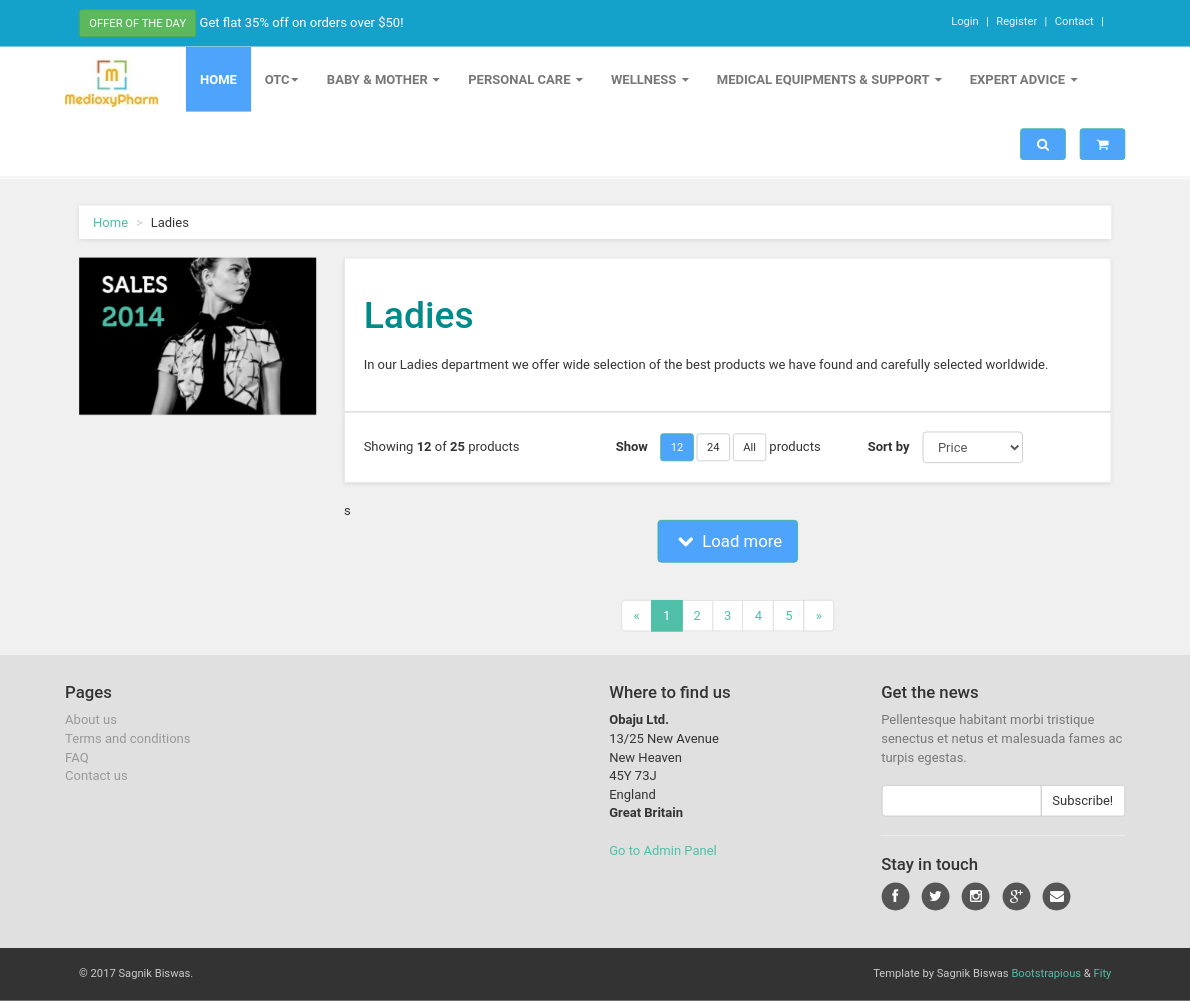
Repository: Sagnikb9/Java-Devops-Ecommerce
Page: http://localhost/MedioxyPharm/WEB-INF/views/product.jsp
An editor plug-in stored every save of this project. The page is shown before and after the next save, followed by the edit.
The browser window is 1280 px wide. The pictures show the whole page, at 93% of full size.
Some web fonts or font styles are not loaded; a fallback is used. The page is served by Tomcat 9. Nobody is signed in. The template is opened directly, without the code that normally fills it, so the values that code supplies are empty.

Above is the page before, as saved 2017-11-17 23:21:45.

After the next save:
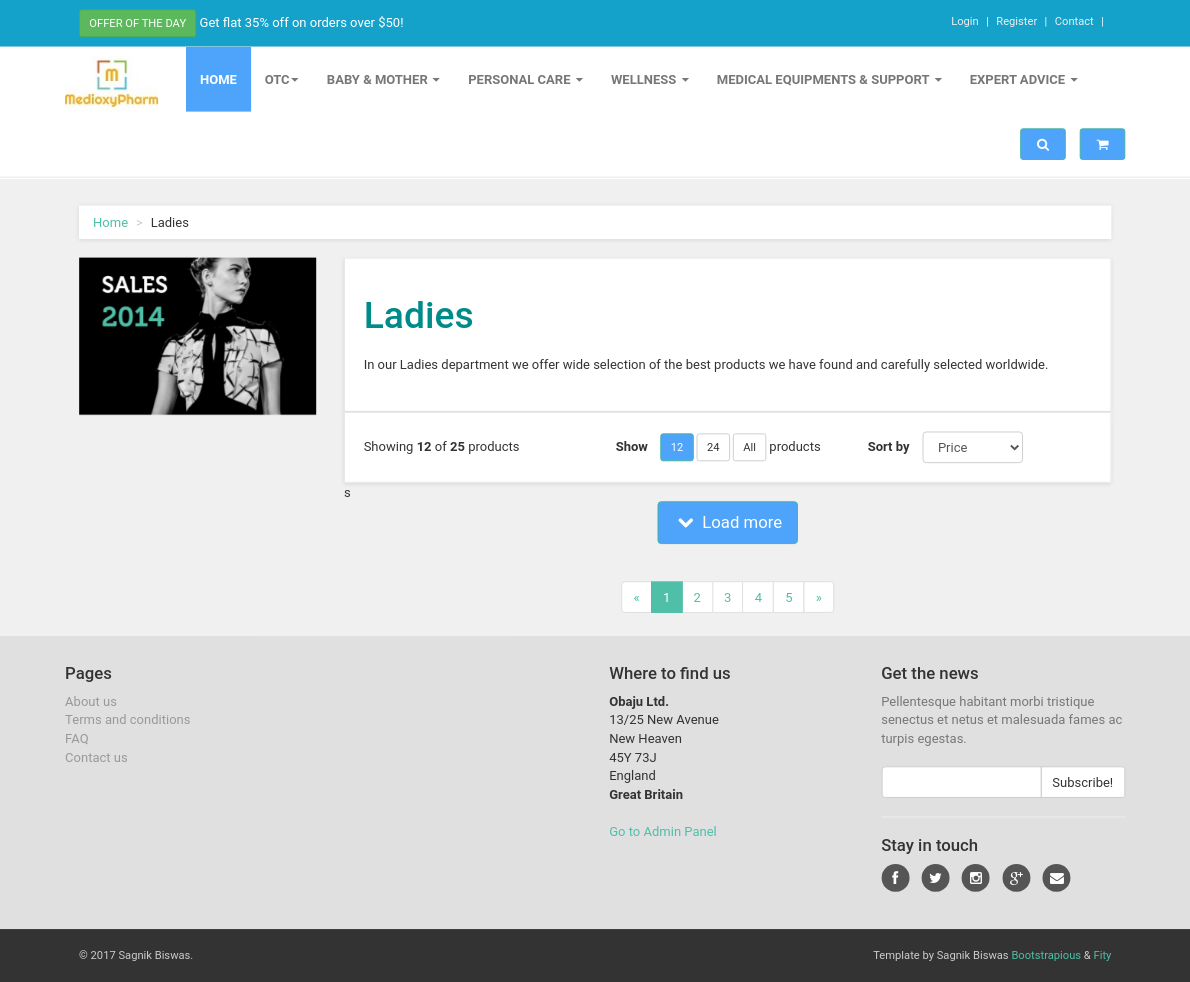
Saved 4 s later.
--- a/MedioxyPharm/src/main/webapp/WEB-INF/views/product.jsp
+++ b/MedioxyPharm/src/main/webapp/WEB-INF/views/product.jsp
@@ -101,7 +101,7 @@
                     </div>
                     <!-- /.products -->
 
-                    <div id="hot">
+
 
 
 <div class="product-slider">
